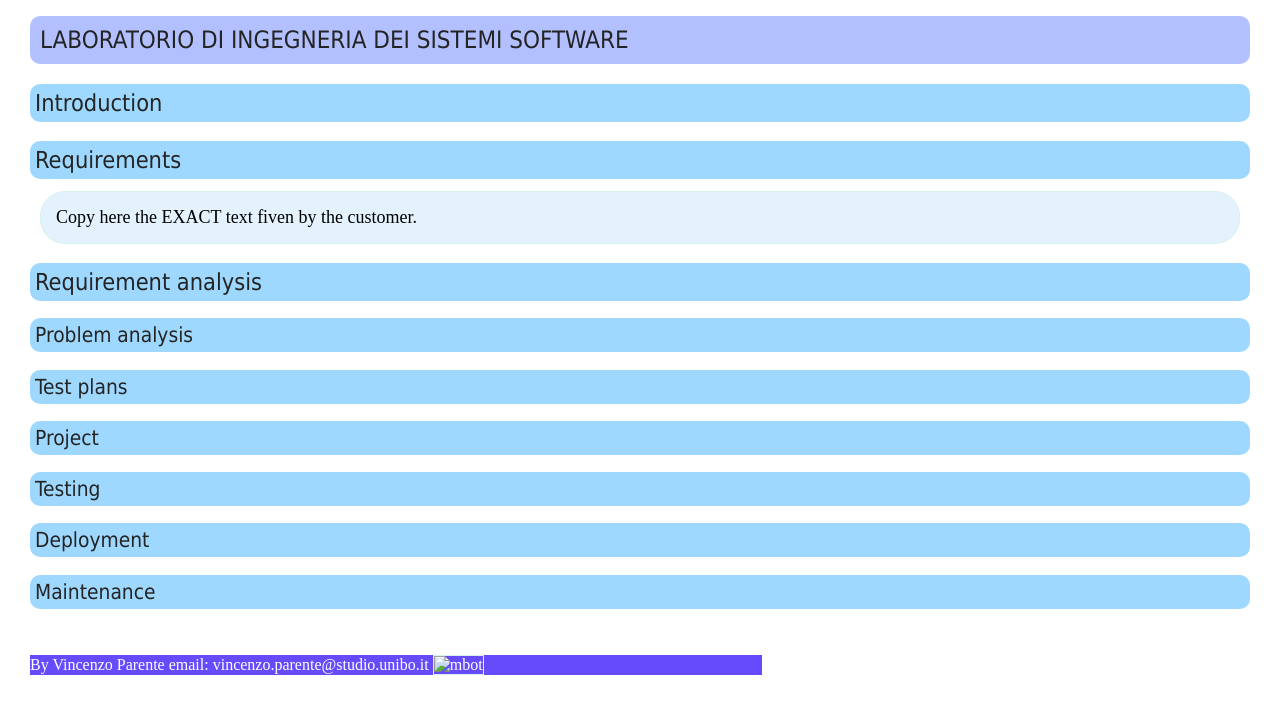
Repository: ParenteVincenzo/iss2022
Page: it.unibo.radarSystem22/userDocs/radarSystem22.html
An editor plug-in stored every save of this project. The page is shown before and after the next save, followed by the edit.
The browser window is 1280 px wide. The pictures show the whole page.

Above is the page before, as saved 2022-03-06 15:54:25.
Not found: it.unibo.radarSystem22/userDocs/img/emiglio.png

After the next save:
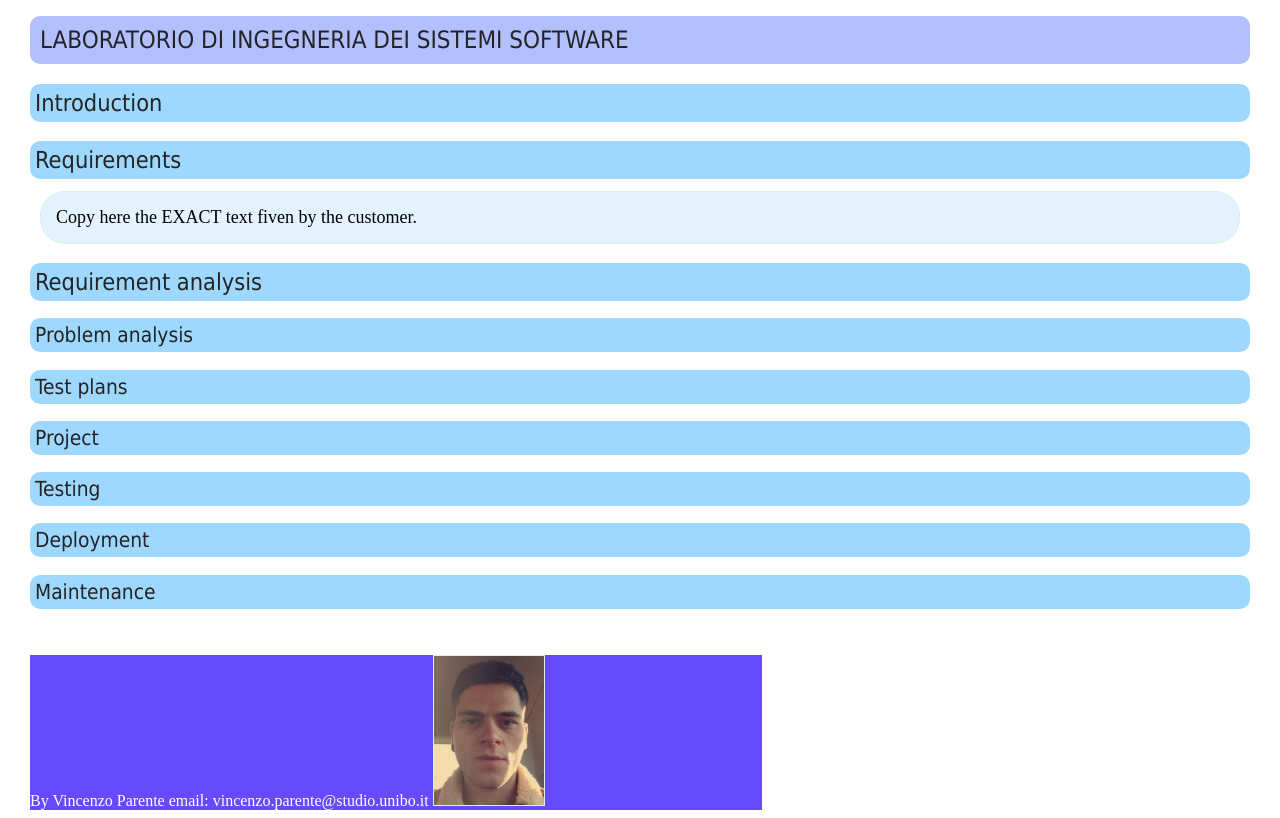
Saved 3 min 54 s later.
--- a/it.unibo.radarSystem22/userDocs/radarSystem22.html
+++ b/it.unibo.radarSystem22/userDocs/radarSystem22.html
@@ -247,7 +247,7 @@ Copy here the EXACT text fiven by the customer.
 
 <div style="background-color:rgba(86, 56, 253, 0.9); width:60%;text-align:left;color:white">
 By Vincenzo Parente email: vincenzo.parente@studio.unibo.it
-<img src="./img/emiglio.png" alt="mbot" width="15%" height="15%">
+<img src="vincenzoP.jpg" alt="mbot" width="15%" height="15%">
 </div>
 </body>
 </html>
